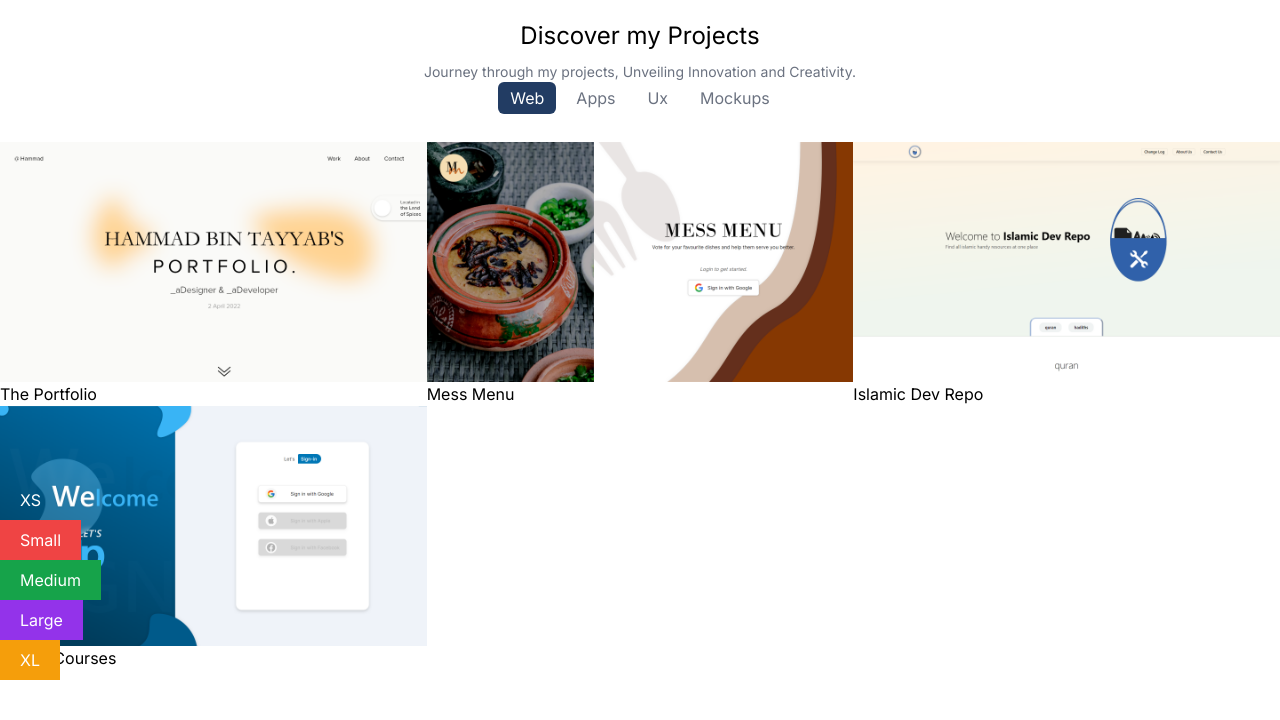
Repository: SpicierEwe/my_portfolio_v2
Page: /
These files come from the project's save history. The page is drawn as it stood at one moment and after the next save; the edit follows.
The browser window is 1280 px wide. The pictures show the whole page.
The project was rebuilt for these pictures with package versions that can differ from the ones it lists, and the page was loaded fresh each time. The framework's server and built-in components were replaced by stand-ins that run in the browser. Also part of the build but not shown: next.config.js, core/utils/customIcons.js, core/utils/utils.tsx, core/db/sub_db_data/ux_db.js.

Above is the page before, as saved 2024-04-22 10:55:53.

### app/page.tsx
import DevicePreview from "@/Components/Device_preview/device_preview";
import HeroSection from "@/Components/Hero_section/hero_section";
import WorkSection from "@/Components/Work_section/work_section";
import Image from "next/image";

export default function Home() {
  return (
    <main>
      <div className="absolute z-30 overflow-hidden bottom-0">
        <DevicePreview />
      </div>
      {/* <div className="overflow-hidden">
        <HeroSection />
      </div> */}

      <WorkSection />
    </main>
  );
}

### app/globals.css
@layer base {

  @font-face {
    font-family: 'Garamond';
    src: url('../public/fonts/EBGaramond-VariableFont_wght.ttf');

  }

  @font-face {
    font-family: 'Proxima Nova';
    src: url('../public/fonts/MarkSimonsonProximaNovaRegular.otf');
    font-weight: normal;
    font-style: normal;
  }


  @font-face {
    font-family: "Rage";
    src: url("../public/fonts/rage.ttf");
  }
}

@tailwind base;
@tailwind components;
@tailwind utilities;

:root {
  --foreground-rgb: 0, 0, 0;
  --background-start-rgb: 214, 219, 220;
  --background-end-rgb: 255, 255, 255;

}

@media (prefers-color-scheme: dark) {
  :root {
    --foreground-rgb: 255, 255, 255;
    --background-start-rgb: 0, 0, 0;
    --background-end-rgb: 0, 0, 0;
  }
}

body {

  /* background: #F5F5F5; */
}

### Components/Device_preview/device_preview.tsx
"use client";

import { use, useEffect, useState } from "react";

export default function DevicePreview() {
  return (
    <main className="flex flex-col justify-end ">
      {/* xs */}
      <div className=" text-right ">
        <p className="xs:bg-brand-color w-min text-white px-5 py-2">XS</p>
      </div>
      {/* sm */}
      <div className=" text-right ">
        <p className="sm:bg-red-500 w-min text-white px-5 py-2">Small</p>
      </div>
      {/* md */}
      <div className=" text-right ">
        <p className="md:bg-green-600 w-min px-5 py-2 text-white">Medium</p>
      </div>
      {/* lg */}
      <div className=" text-right ">
        <p className="lg:bg-purple-600 w-min px-5 py-2 text-white">Large</p>
      </div>
      {/* xl */}
      <div className=" text-right ">
        <p className="xl:bg-amber-500 w-min px-5 py-2 text-white">XL</p>
      </div>
      {/* 2xl */}
      <div className=" text-right ">
        <p className="2xl:bg-cyan-600 w-min px-5 py-2 text-white">2XL</p>
      </div>
    </main>
  );
}

### Components/Work_section/work_section.tsx
"use client";

import { db } from "../../core/db/db";
import Image from "next/image";
import Link from "next/link";
import { useState } from "react";

export default function WorkSection() {
  const navItems: string[] = Object.keys(db.portfolioItems);
  const [selectedNavItemIndex, setSelectedNavItemIndex] = useState<number>(0);
  return (
    <section className="">
      {/* header */}
      <header className="flex flex-col items-center pt-5">
        <h2 className="text-center text-2xl">Discover my Projects</h2>
        <p className="text-center text-sm mt-2.5 text-gray-500">
          Journey through my projects, Unveiling Innovation and Creativity.
        </p>
      </header>
      {/* nav */}
      <nav>
        <ul className="flex justify-center mt-6 gap-2 flex-wrap">
          {navItems.map((item, index) => {
            const isSelected: Boolean = selectedNavItemIndex == index;
            return (
              <li
                className={`${
                  isSelected ? "bg-brand-color" : ""
                } px-3 py-1 rounded-md cursor-pointer`}
                onClick={() => setSelectedNavItemIndex(index)}
                key={index}
              >
                <Link
                  href="#"
                  className={`${
                    isSelected ? "text-white" : "text-gray-500"
                  } capitalize`}
                >
                  {item}
                </Link>
              </li>
            );
          })}
        </ul>
      </nav>

      <main>
        {/* projects */}
        <div className="grid grid-cols-1 md:grid-cols-2 lg:grid-cols-3 gap-4 mt-7">
          {(db.portfolioItems as any)[navItems[selectedNavItemIndex]].map(
            (item: any, index: number) => {
              const projectName: string = item["projectName"];
              const imageLink: string = item["imageLink"];
              return (
                <div key={index}>
                  {
                    <Image
                      src={imageLink}
                      alt={projectName}
                      height={200}
                      width={200}
                      layout="responsive"
                    ></Image>
                  }
                  <p>{projectName}</p>
                </div>
              );
            }
          )}
        </div>
      </main>
    </section>
  );
}

### core/db/db.js
import { websitesDb } from "./sub_db_data/websites_db";
import { appsDb } from "./sub_db_data/apps_db";
import { uxDb } from "./sub_db_data/ux_db";
import { mockupsDb } from "./sub_db_data/mockups_db";

export const db = {
  portfolioItems: {
    web: websitesDb,
    apps: appsDb,
    ux: uxDb,
    mockups: mockupsDb,
  },
};

### core/db/sub_db_data/websites_db.js
import { embedCustomLinks } from "../../utils/utils";

export const websitesDb = [
  {
    projectName: "The Portfolio",
    projectId: "e2f9658b-f9bb-4d2c-ac8c-113a56d9204f",
    projectTagLine: "A Thoughtfully Curated Portfolio of Elegant Creations",
    link: "https://hammadtayyab.vercel.app/",
    imageLink: "/images/websites/my_portfolio.png",
    info: "This portfolio project showcases a minimalist design, highlighting my work and skills with clarity and finesse. The aim was to provide a seamless user experience and intuitive navigation, creating a comprehensive and sophisticated display of my professional journey.",
    roles: [
      "Data Analyst",
      "Designer",
      "Developer",
      "Maintainer",
      "Product Manager",
      "Tester/Quality Assurance",
      "Researcher",
      "DevOps Engineer",
      "Technical Writer",
      "Project Manager",
    ],
    techStack: [
      "NextJs",
      "React",
      "TypeScript",
      "TailwindCSS",
      "HTML",
      "CSS",
      "JavaScript",
      "Git",
      "Vercel",
    ],
  },
  {
    projectId: "566ec8d6-4d5d-4f22-9580-2c574f7122fb",
    projectName: "Mess Menu",
    projectTagLine: "Simplifying Hostel Dining with a Digital Menu System",
    link: "https://messmenu.vercel.app/",
    imageLink: "/images/websites/mess_menu.png",
    info: "This project streamlines the process of hostel dining by offering a digital menu system for students. Monthly menus are curated through community voting, allowing students to have a say in their dining options. Originating from a friend's final year project, the focus was on user-centric design and functionality, ensuring a seamless experience for all users.",
    roles: [
      "Data Analyst",
      "Designer",
      "Developer",
      "Maintainer",
      "Product Manager",
      "Tester/Quality Assurance",
      "Researcher",
      "DevOps Engineer",
      "Technical Writer",
      "Project Manager",
    ],
    techStack: [
      "NextJs",
      "React",
      "HTML",
      "CSS",
      "JavaScript",
      "Git",
      "Vercel",
      "Firebase",
      "Firebase Auth",
    ],
  },
  {
    projectId: "e3a52953-0a4d-43c3-b874-bd55925f6a7e",
    projectName: "Islamic Dev Repo",
    projectTagLine: "A Repository of Authentic Islamic Data for Developers",
    link: "https://islamic-dev-repo.vercel.app/",
    imageLink: "/images/websites/islamic_dev_repo.png",
    info: "This project offers developers a curated repository of reliable Islamic data that can be seamlessly integrated into various applications. With a focus on authenticity and compatibility across multiple devices, this repository provides a trustworthy source of information for developers working on Islamic-related projects.",
    roles: [
      "Data Analyst",
      "Designer",
      "Developer",
      "Maintainer",
      "Product Manager",
      "Tester/Quality Assurance",
      "Researcher",
      "DevOps Engineer",
      "Technical Writer",
      "Project Manager",
    ],
    techStack: [
      "NextJs",
      "React",
      "HTML",
      "CSS",
      "JavaScript",
      "Git",
      "Vercel",
      "Python",
    ],
  },
  {
    projectId: "87693335-b9d6-434c-8428-5d8266482050",
    projectName: "Arabic Courses",
    projectTagLine:
      "A Platform for Streaming the Best Madina Arabic Course Online",
    link: "https://arabiccourses.vercel.app/",
    imageLink: "/images/websites/arabic_courses.png",
    info: `The goal of this project was to establish an online platform for the popular Madina Arabic course, allowing users to stream videos from the cloud and track their progress. Initially, the videos were only available for download, but this platform offers a more convenient streaming experience. You can learn more about the course at ${embedCustomLinks(
      {
        link: "https://abdurrahman.org/arabic-learning/dvds/",
        title: "AbdurRahman.Org",
      }
    )}. Arabic Courses enhances accessibility and convenience for users, making the learning process smoother and more enjoyable.`,
    roles: [
      "Data Analyst",
      "Designer",
      "Developer",
      "Maintainer",
      "Product Manager",
      "Tester/Quality Assurance",
      "Researcher",
      "DevOps Engineer",
      "Technical Writer",
      "Project Manager",
    ],
    techStack: [
      "NextJs",
      "React",
      "HTML",
      "CSS",
      "JavaScript",
      "Git",
      "Vercel",
      "Firebase",
      "Firebase Auth",
    ],
  },
];

### core/db/sub_db_data/apps_db.js
import { embedCustomLinks } from "../../utils/utils";

export const appsDb = [
  {
    projectId: "38384ae3-5586-40be-b025-c9c3ad1094ef",
    projectName: "al Qur'an",
    projectTagLine: "All about the Qur'an in one app.",

    link: "https://play.google.com/store/apps/details?id=com.spicierewe.al_quran",

    imageLink: "/images/apps/al_quran.png",

    info: `The "al Qur'an" app offers a comprehensive experience of the Qur'an for users around the world. It includes a wide range of translations in various languages, tafseer (exegesis), access to over 49 reciters and translators, and much more. All data is sourced from the reliable platform ${embedCustomLinks(
      { link: "https://quran.com", title: "quran.com" }
    )}.`,

    roles: [
      "Data Analyst",
      "Designer",
      "Developer",
      "Maintainer",
      "Product Manager",
      "Tester/Quality Assurance",
      "Researcher",
      "DevOps Engineer",
      "Technical Writer",
      "Project Manager",
    ],

    techStack: ["Flutter", "Dart", "Git", "Adobe XD"],

    platforms: ["Android"],
  },
  {
    projectId: "1eeb435f-acbd-41e8-b826-440959bb6a57",
    projectName: "Riddle Me",
    projectTagLine: "Riddle Me: Unraveling Minds, One Clue at a Time!",

    link: "https://play.google.com/store/apps/details?id=com.spicierewe.RiddleMe",

    imageLink: "/images/apps/riddle_me.png",

    info: "Riddle Me is an engaging and challenging game designed to test your intelligence and problem-solving skills. This game stimulates creative thinking and encourages you to approach problems from different perspectives.",

    roles: [
      "Data Analyst",
      "Designer",
      "Developer",
      "Maintainer",
      "Product Manager",
      "Tester/Quality Assurance",
      "Researcher",
      "DevOps Engineer",
      "Technical Writer",
      "Project Manager",
    ],

    techStack: ["Flutter", "Dart", "Git", "Adobe XD"],

    platforms: ["Android"],
  },
  {
    projectId: "2ae7005c-16e2-4fe5-b7b0-20f5f826321e",
    projectName: "Food Deals",
    projectTagLine: "Find the best food deals at your fingertips.",

    link: "https://play.google.com/store/apps/details?id=com.spicierewe.food_deals",

    imageLink: "/images/apps/food_deals.png",

    info: "Food Deals is an app that helps users discover the best offers and discounts on their favorite food delivery services. Save money and enjoy your favorite meals by comparing prices across different platforms.",

    roles: [
      "Data Analyst",
      "Designer",
      "Developer",
      "Maintainer",
      "Product Manager",
      "Tester/Quality Assurance",
      "Researcher",
      "DevOps Engineer",
      "Technical Writer",
      "Project Manager",
    ],

    techStack: ["Flutter", "Dart", "Git", "Adobe XD"],

    platforms: ["Android"],
  },
  {
    projectId: "627de94f-59b4-4f85-bcf4-df6fbf22714e",
    projectName: "Hadith Collection",
    projectTagLine: "Access authentic hadiths of the Prophet Muhammad (pbuh).",

    link: "https://play.google.com/store/apps/details?id=com.spicierewe.ahadith_collection",

    imageLink: "/images/apps/ahadith_collection.png",

    info: `The "Hadith Collection" app provides a comprehensive and authentic collection of hadiths of the Prophet Muhammad (pbuh). It includes data from various reputable sources such as ${embedCustomLinks(
      { link: "https://sunnah.com", title: "sunnah.com" }
    )} for Arabic and English, and ${embedCustomLinks({
      link: "https://github.com/pakjiddat/islam-companion-web-api",
      title: "islam-companion-web-api",
    })} for Urdu data.`,

    roles: [
      "Data Analyst",
      "Designer",
      "Developer",
      "Maintainer",
      "Product Manager",
      "Tester/Quality Assurance",
      "Researcher",
      "DevOps Engineer",
      "Technical Writer",
      "Project Manager",
    ],

    techStack: ["Flutter", "Dart", "Git", "Adobe XD"],

    platforms: ["Android"],
  },
  {
    projectId: "7468bdef-5b24-454e-ae99-dd0a558441d7",
    projectName: "Study Practice",
    projectTagLine: "Practice makes perfect.",

    link: "https://play.google.com/store/apps/details?id=com.spicierewe.study_practice",

    imageLink: "/images/apps/study_practice.png",

    info: "Study Practice is a study companion app designed to help students prepare for competitive exams such as NEET and JEE. The app offers past exam questions, mock tests, and real-time progress tracking along with official study material.",

    roles: [
      "Data Analyst",
      "Designer",
      "Developer",
      "Maintainer",
      "Product Manager",
      "Tester/Quality Assurance",
      "Researcher",
      "DevOps Engineer",
      "Technical Writer",
      "Project Manager",
    ],

    techStack: ["Flutter", "Dart", "Git", "Adobe XD"],

    platforms: ["Android"],
  },
];

### core/db/sub_db_data/mockups_db.js
export const mockupsDb = [
  {
    phone_mockup_links: [],
    other_mockup_links: [
      "/images/mockups/eat_healthy_mockup.svg",
      "/images/mockups/bot_mockup_theme_light.svg",
      "/images/mockups/bot_mockup_theme_dark.svg",
      "/images/mockups/the_perfume_lab_price_list.png",
      "/images/mockups/noraty_business_hero_section.svg",
      "/images/mockups/gr_showcase.png",
      "/images/mockups/just_moved_showcase.png",
      "/images/mockups/archer_product_design.png",
      "/images/mockups/the_connection_poster.png",
      "/images/mockups/social_flow_flyer.png",
      "/images/mockups/LVD_roll_up_banner.png",
      "/images/mockups/ATS_flyer.png",
    ],
  },
];

### tailwind.config.js
const { reverse } = require("dns");
const defaultTheme = require("tailwindcss/defaultTheme");

/** @type {import('tailwindcss').Config} */
module.exports = {
  content: [
    "./pages/**/*.{js,ts,jsx,tsx,mdx}",
    "./components/**/*.{js,ts,jsx,tsx,mdx}",
    "./app/**/*.{js,ts,jsx,tsx,mdx}",
    "./core/**/*.{js,ts,jsx,tsx,mdx}",
  ],
  theme: {
    extend: {
      screens: { xs: { max: "640px" } },

      maxWidth: {
        "120rem": "120rem",
      },

      backgroundImage: {
        "gradient-radial": "radial-gradient(var(--tw-gradient-stops))",
        "gradient-conic":
          "conic-gradient(from 180deg at 50% 50%, var(--tw-gradient-stops))",
      },

      colors: {
        "brand-color": "#223c63",
        "primary-color": "#ffffff",
        "secondary-color": "#00A699",
        "accent-color": "#779ace",
      },

      keyframes: {
        wiggle: {
          "0%, 100%": { transform: "rotate(-3deg)" },
          "50%": { transform: "rotate(3deg)" },
        },

        levitate: {
          "0%": { transform: "translateY(50px)" },
          "50%": { transform: "translateY(-30px)  scale(1.1)" },
          "100%": { transform: "translateY(50px)" },
        },
        levitate_reverse: {
          "0%": { transform: "translateY(-90px)" },
          "50%": { transform: "translateY(30px)  scale(1.1)" },
          "100%": { transform: "translateY(-90px)" },
        },
      },

      animation: {
        "spin-slow": "spin 3s linear infinite",
        wiggle: "wiggle 1s ease-in-out infinite",
        levitate: "levitate 5s ease-in-out infinite",
        levitate_reverse: "levitate_reverse 5s ease-in-out infinite reverse",
      },

      fontFamily: {
        garmond: ["Garmond", ...defaultTheme.fontFamily.serif],
        custom_sans: ["Proxima Nova", ...defaultTheme.fontFamily.sans],
      },

      height: {
        dvh: "100dvh",
      },
    },
  },

  variants: {
    backgroundColor: ["responsive", "hover", "focus", "active"],
  },

  plugins: [],
};

Loaded but not shown: app/layout.tsx (common file)

After the next save:
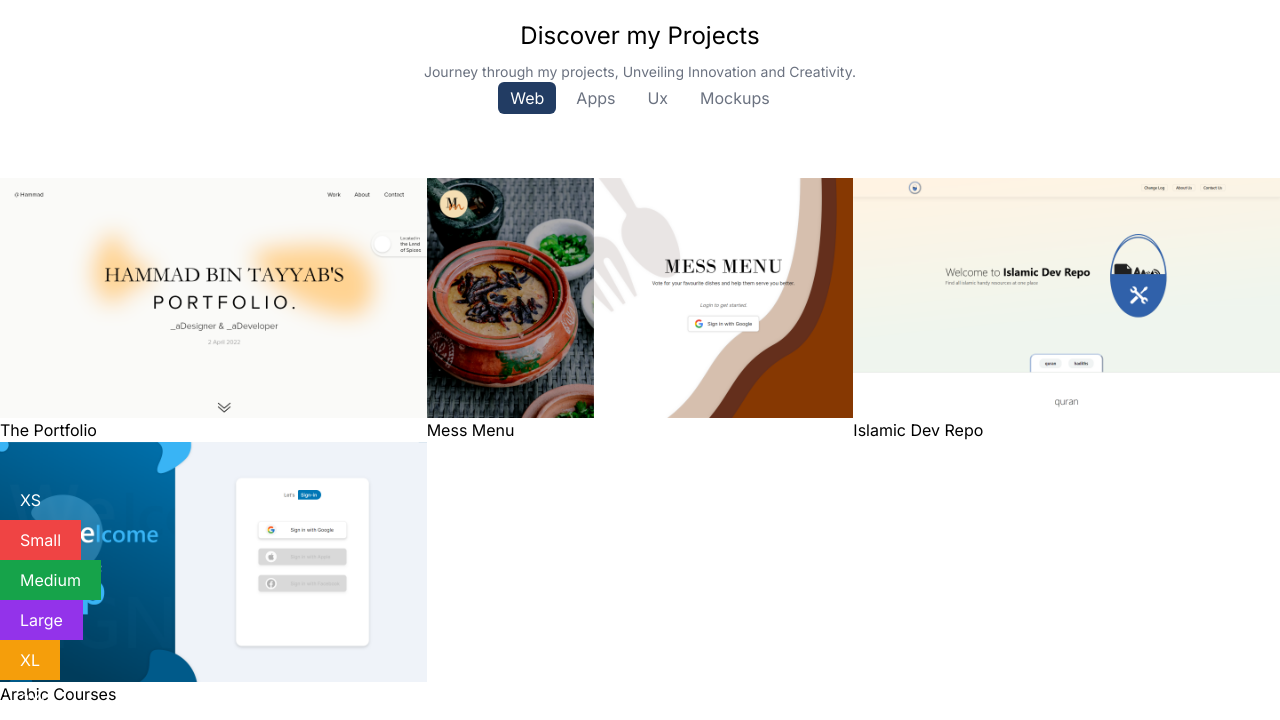
Saved 5 s later.
--- a/Components/Work_section/work_section.tsx
+++ b/Components/Work_section/work_section.tsx
@@ -46,7 +46,7 @@ export default function WorkSection() {
 
       <main>
         {/* projects */}
-        <div className="grid grid-cols-1 md:grid-cols-2 lg:grid-cols-3 gap-4 mt-7">
+        <div className="grid grid-cols-1 md:grid-cols-2 lg:grid-cols-3 gap-4 mt-16">
           {(db.portfolioItems as any)[navItems[selectedNavItemIndex]].map(
             (item: any, index: number) => {
               const projectName: string = item["projectName"];
